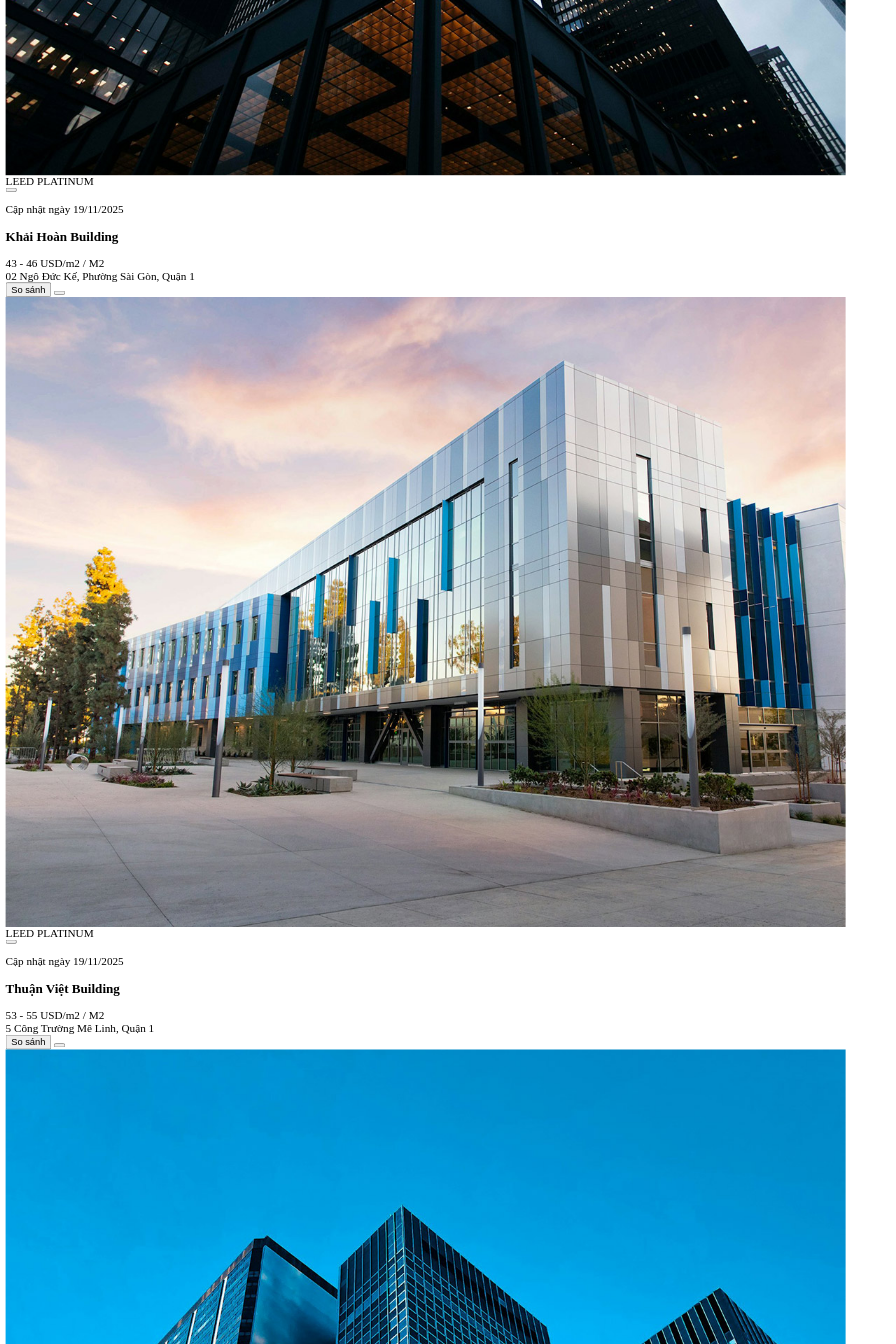
Repository: lannguyen1301/anphuholdings-main
Page: partials/office-rental/office-rental-ward-thu-duc.html
The author's editor kept a copy of each file at every save. The page is drawn from the files as they stood at one save, then again after the next save.
The browser window is 1280 px wide. The pictures show the part of the page from y = 726 to 2646 px (the page is 8679 px tall before and 9579 px after), at 70% of full size.

Above is the page before, as saved 2025-12-31 15:55:28.

After the next save:
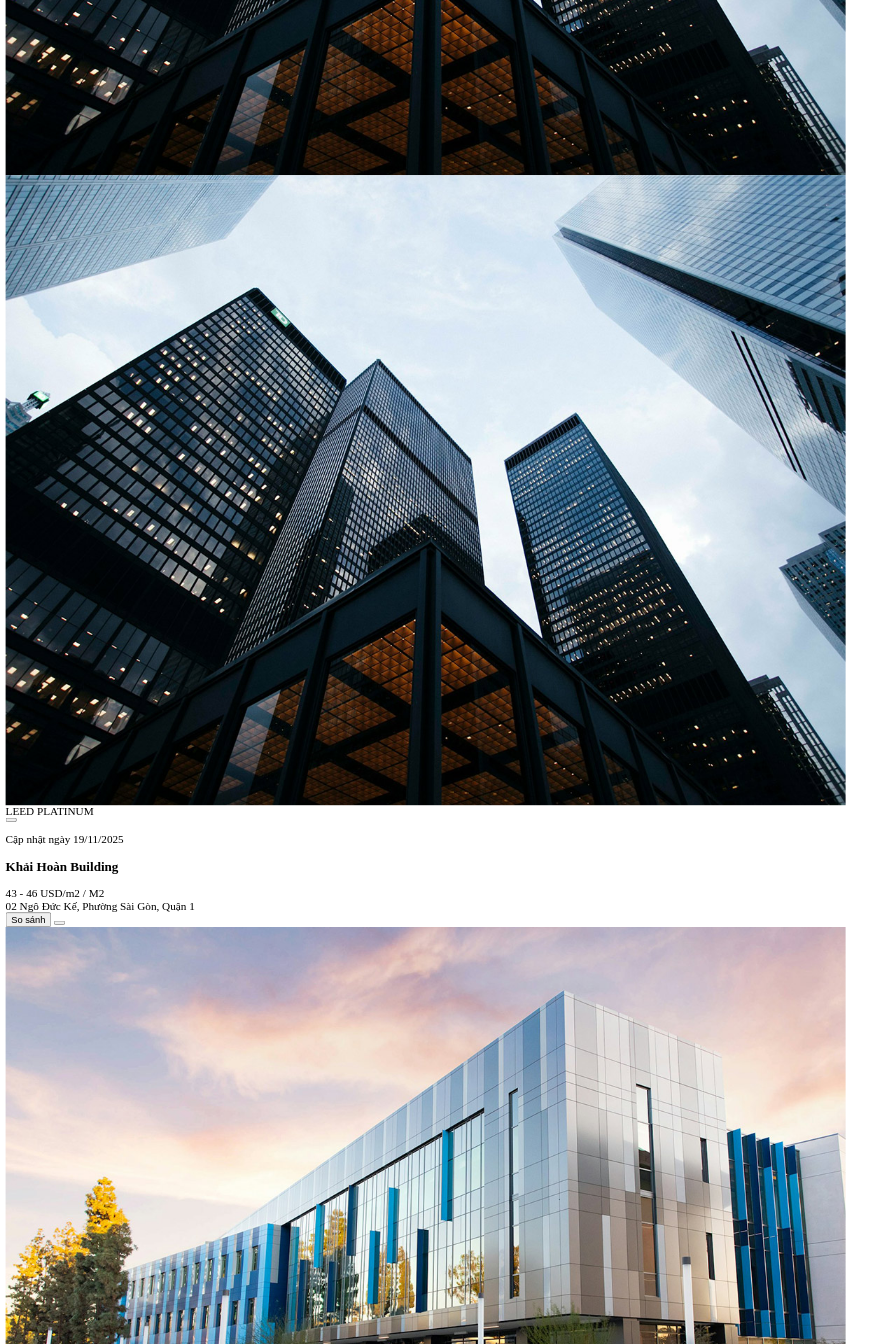
Saved 3 min 18 s later.
--- a/partials/office-rental/office-rental-ward-thu-duc.html
+++ b/partials/office-rental/office-rental-ward-thu-duc.html
@@ -31,6 +31,12 @@
             <div class="swiper-slide flex-shrink-0 overflow-hidden rounded-2xl shadow-md transition hover:shadow-xl border-4"
                 style="width: 292px;" data-aos="fade-right">
                 <div class="relative overflow-hidden">
+                    <a href="van-phong-tron-goi-detail.html">
+                        <div class="flex h-48 items-center justify-center bg-slate-200">
+                            <img src="assets/images/detail/detail-33.jpg" alt=""
+                                class="block w-full h-full object-cover aspect-4/3">
+                        </div>
+                    </a>
                     <div class="flex h-48 items-center justify-center bg-slate-200">
                         <img src="assets/images/detail/detail-33.jpg" alt=""
                             class="block w-full h-full object-cover aspect-4/3">

After the save that followed:
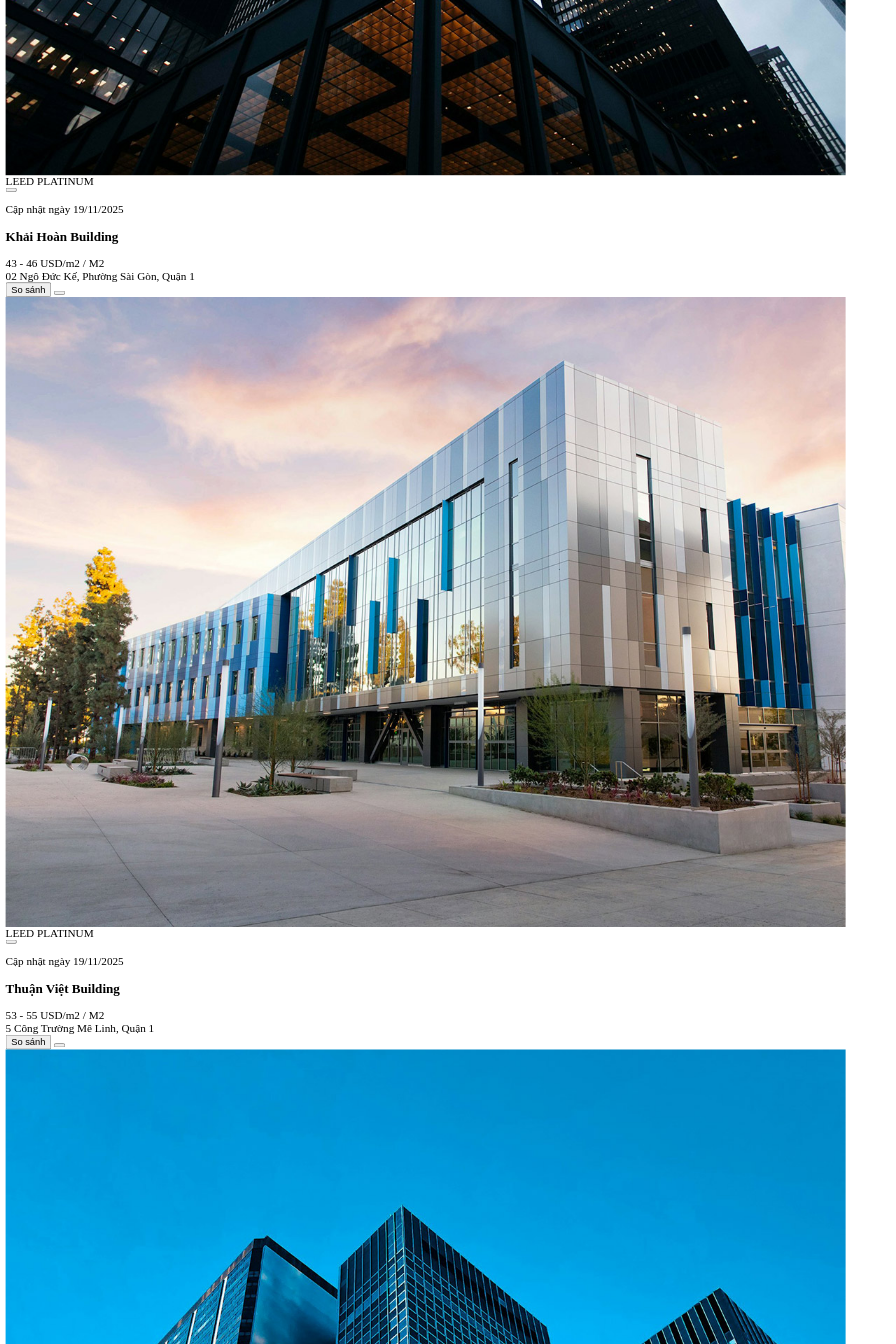
Saved 5 s later.
--- a/partials/office-rental/office-rental-ward-thu-duc.html
+++ b/partials/office-rental/office-rental-ward-thu-duc.html
@@ -37,10 +37,6 @@
                                 class="block w-full h-full object-cover aspect-4/3">
                         </div>
                     </a>
-                    <div class="flex h-48 items-center justify-center bg-slate-200">
-                        <img src="assets/images/detail/detail-33.jpg" alt=""
-                            class="block w-full h-full object-cover aspect-4/3">
-                    </div>
                     <div class="absolute left-3 top-2 rounded bg-gold px-2 py-1 text-xs font-semibold text-white">
                         LEED PLATINUM
                     </div>
